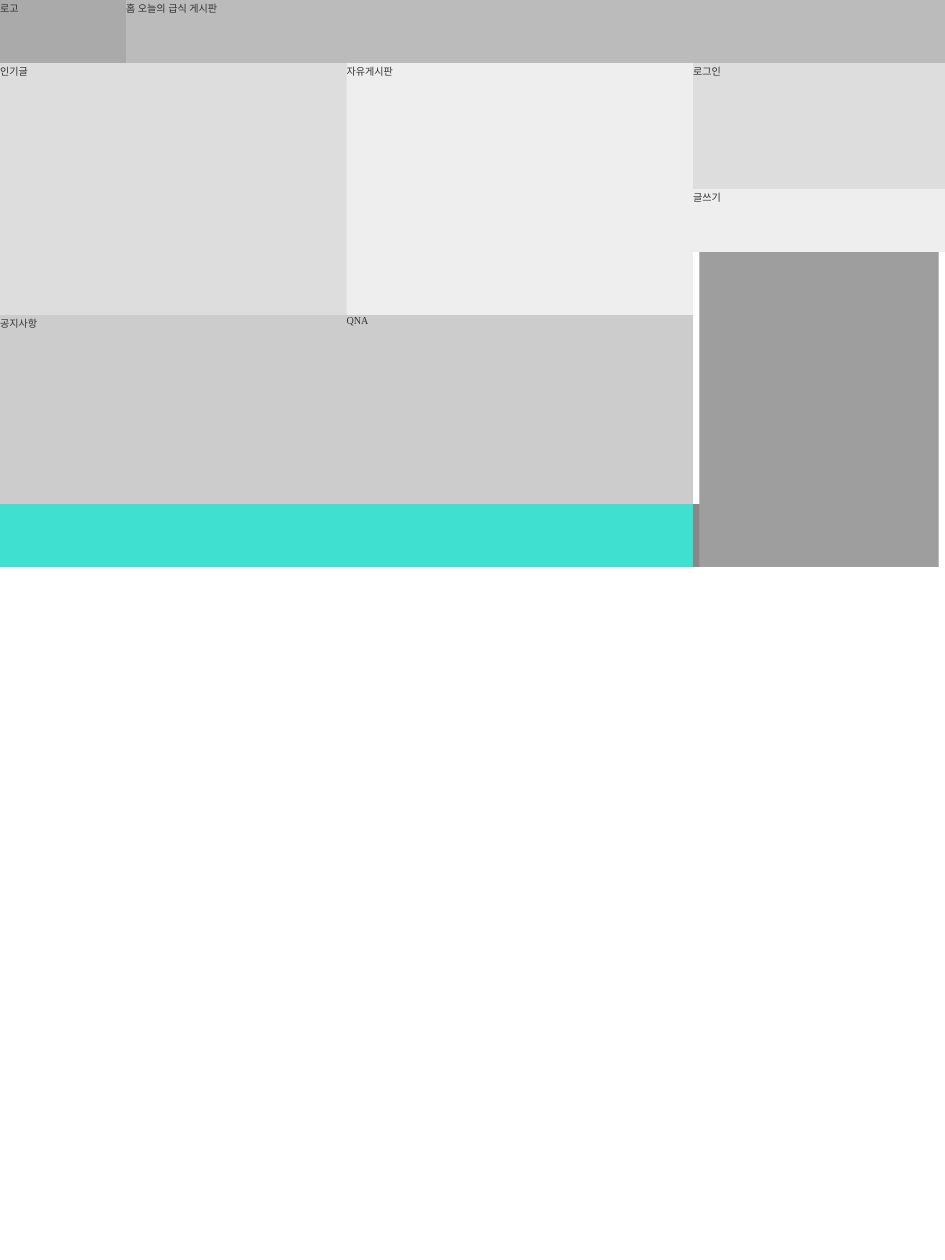
Repository: Schro2109/SchoolCommunity
Page: http://localhost/SchoolCommunity/intro/home.jsp
An editor plug-in stored every save of this project. The page is shown before and after the next save, followed by the edit.
The browser window is 1280 px wide. The page is 1500 px wide, so the pictures cover 1500 px, including what lies to the right of the window. The pictures show the whole page, at 63% of full size.
Pictures or frames that could not be fetched are drawn as grey boxes. The page is served by Tomcat 9.

Above is the page before, as saved 2022-07-01 01:06:03.

After the next save:
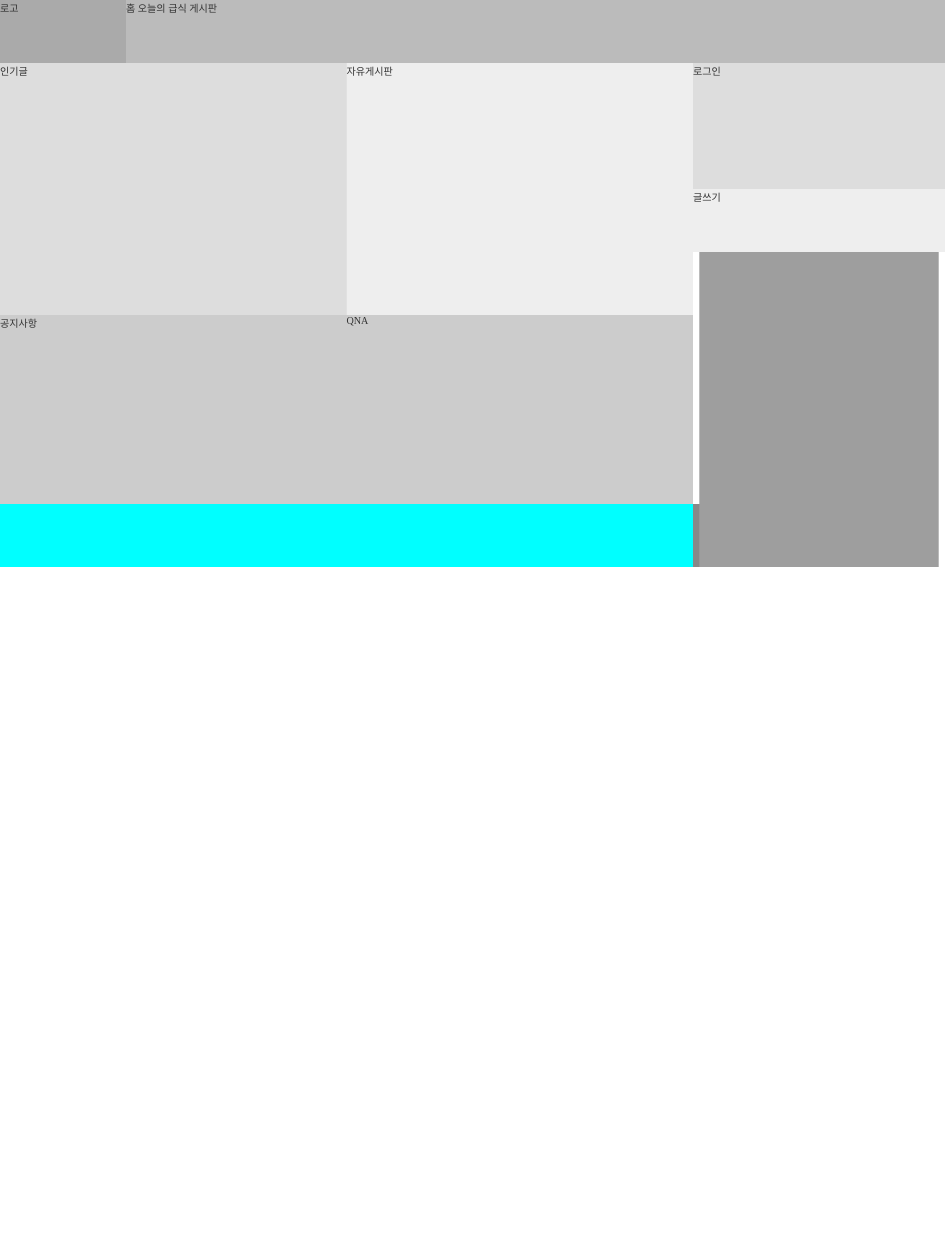
Saved 25 s later.
--- a/SchoolCommunity/SchoolCommunity/WebContent/intro/style.css
+++ b/SchoolCommunity/SchoolCommunity/WebContent/intro/style.css
@@ -30,7 +30,7 @@ header > div{
 footer{
 	height:100px;
 	width:1100px;
-	background-color: turquoise;
+	background-color: aqua;
 }
 .logo{
 	width: 200px;
